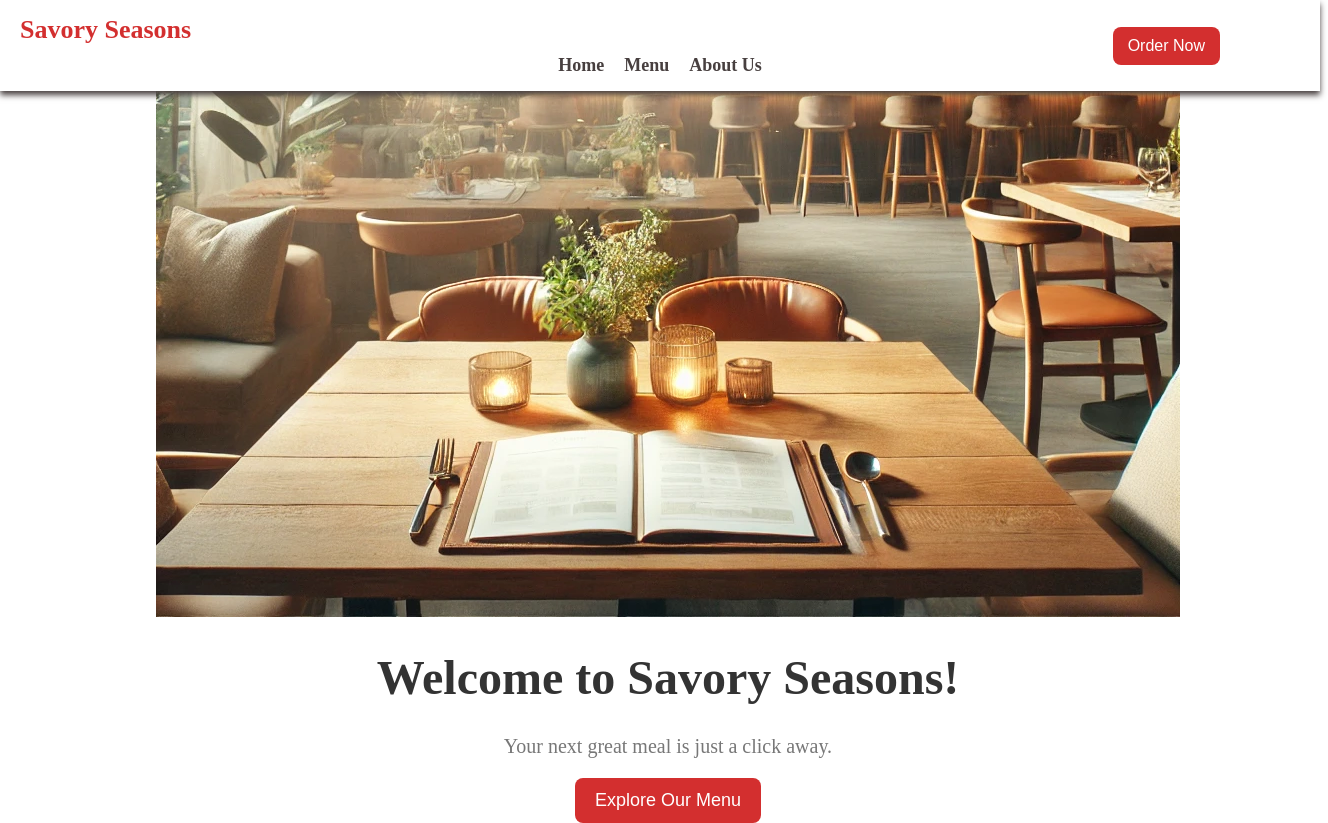
Repository: KalebMalone/Resturant
Page: / (app in my-app/)
The author's editor kept a copy of each file at every save. The page is drawn from the files as they stood at one save, then again after the next save.
The browser window is 1280 px wide. The page is 1328 px wide, so the pictures cover 1328 px, including what lies to the right of the window. The pictures show the whole page.
The project was rebuilt for these pictures with package versions that can differ from the ones it lists, and the page was loaded fresh each time. Also part of the build but not shown: my-app/vite.config.js, my-app/src/index.css, my-app/src/components/Menu.jsx, my-app/src/pages/AboutUs.jsx, my-app/src/components/OrderPage.jsx.

Above is the page before, as saved 2025-03-16 17:52:08.

### my-app/src/App.jsx
// src/App.js
import React from 'react';
import { BrowserRouter as Router, Routes, Route } from 'react-router-dom';
import NavBar from './components/NavBar';
import Home from './pages/Home';
import Menu from './components/Menu';
import AboutUs from './pages/AboutUs';
import OrderPage from './components/OrderPage';

function App() {
  return (
    <Router>
      <NavBar />
      <Routes>
        <Route path="/" element={<Home />} />
        <Route path="/menu" element={<Menu />} />
        <Route path="/about" element={<AboutUs />} />
        <Route path="/order" element={<OrderPage />} />
      </Routes>
    </Router>
  );
}

export default App;

### my-app/src/components/NavBar.jsx
import { Link, useNavigate } from "react-router-dom";
import styled from "styled-components";

// Styling for the Header (Navbar container)
const Header = styled.header`
  position: fixed;
  top: 0;
  left: 0;
  width: 100%;
  background-color: rgb(255, 255, 255);
  padding: 15px 20px;
  box-shadow: 0 4px 6px rgb(71, 63, 63);
  z-index: 1000;
`;

// Title of the Navbar, clickable to navigate to Home
const Title = styled.h1`
  font-size: 26px;
  font-weight: bold;
  color: #d32f2f;
  margin: 0;
  padding: 0;
  cursor: pointer;
  &:hover {
    color:rgb(71, 63, 63);
  }
`;

// Navigation container for the links
const Navigation = styled.nav`
  display: flex;
  gap: 20px;
  justify-content: center;
  margin-top: 10px;
`;

// Styling for individual navigation links
const StyledNavLink = styled(Link)`
  text-decoration: none;
  color:rgb(71, 63, 63);
  font-weight: bold;
  font-size: 18px;
  &:hover {
    color:rgb(71, 63, 63);
  }
`;

// Styling for the Order Now button
const OrderButton = styled.button`
  background: #d32f2f;
  color: white;
  border: none;
  padding: 10px 15px;
  border-radius: 8px;
  cursor: pointer;
  font-size: 16px;
  position: absolute;
  right: 100px;
  top: 50%;
  transform: translateY(-50%);
  &:hover {
    background: #b71c1c;
  }
`;

function NavBar() {
    const navigate = useNavigate();  // Hook to programmatically navigate

    const handleOrderNow = () => {
        navigate("/order");  // Navigates to the OrderPage
    };

    return (
        <Header>
            <Link to="/" style={{ textDecoration: 'none' }}>
                <Title>Savory Seasons</Title>
            </Link>
            <Navigation>
                <StyledNavLink to="/">Home</StyledNavLink>
                <StyledNavLink to="/menu">Menu</StyledNavLink>
                <StyledNavLink to="/about">About Us</StyledNavLink>
            </Navigation>

            {/* Order Now Button */}
            <OrderButton onClick={handleOrderNow}>Order Now</OrderButton>
        </Header>
    );
}

export default NavBar;

### my-app/src/pages/Home.jsx
import React from 'react';
import { useNavigate } from 'react-router-dom';
import styled from 'styled-components';

const Container = styled.div`
  background-color: #fff;
  display: flex;
  flex-direction: column;
  align-items: center;
  justify-content: center;
  height: 50vh;
  width: 100vw;
  text-align: center;
  padding: 20px;
  margin: 0;
`;

const Heading = styled.h1`
  font-size: 48px;
  color: #333;
  margin-bottom: 10px;
`;

const SubHeading = styled.p`
  font-size: 20px;
  color: #777;
  margin-bottom: 20px;
`;

const Button = styled.button`
  background-color: #d32f2f;
  color: white;
  font-size: 18px;
  padding: 12px 20px;
  border: none;
  border-radius: 8px;
  cursor: pointer;
  &:hover {
    background-color: #b71c1c;
  }
`;

const Image = styled.img`
  width: 100%;
  max-width: 500px;
  border-radius: 10px;
  margin-bottom: 20px;
`;

function Home() {
    const navigate = useNavigate(); // Initialize the navigation hook

    const goToMenu = () => {
        navigate("/menu"); // Navigate to the menu page when button is clicked
    };

    return (
        <Container>
            <img alt="Restaurant" src="/images/restaurant.jpg" />
            <Heading>Welcome to Savory Seasons!</Heading>
            <SubHeading>Your next great meal is just a click away.</SubHeading>
            <Button onClick={goToMenu}>Explore Our Menu</Button>
        </Container>
    );
}

export default Home;

Loaded but not shown: my-app/index.html (common file); my-app/src/main.jsx (common file)

After the next save:
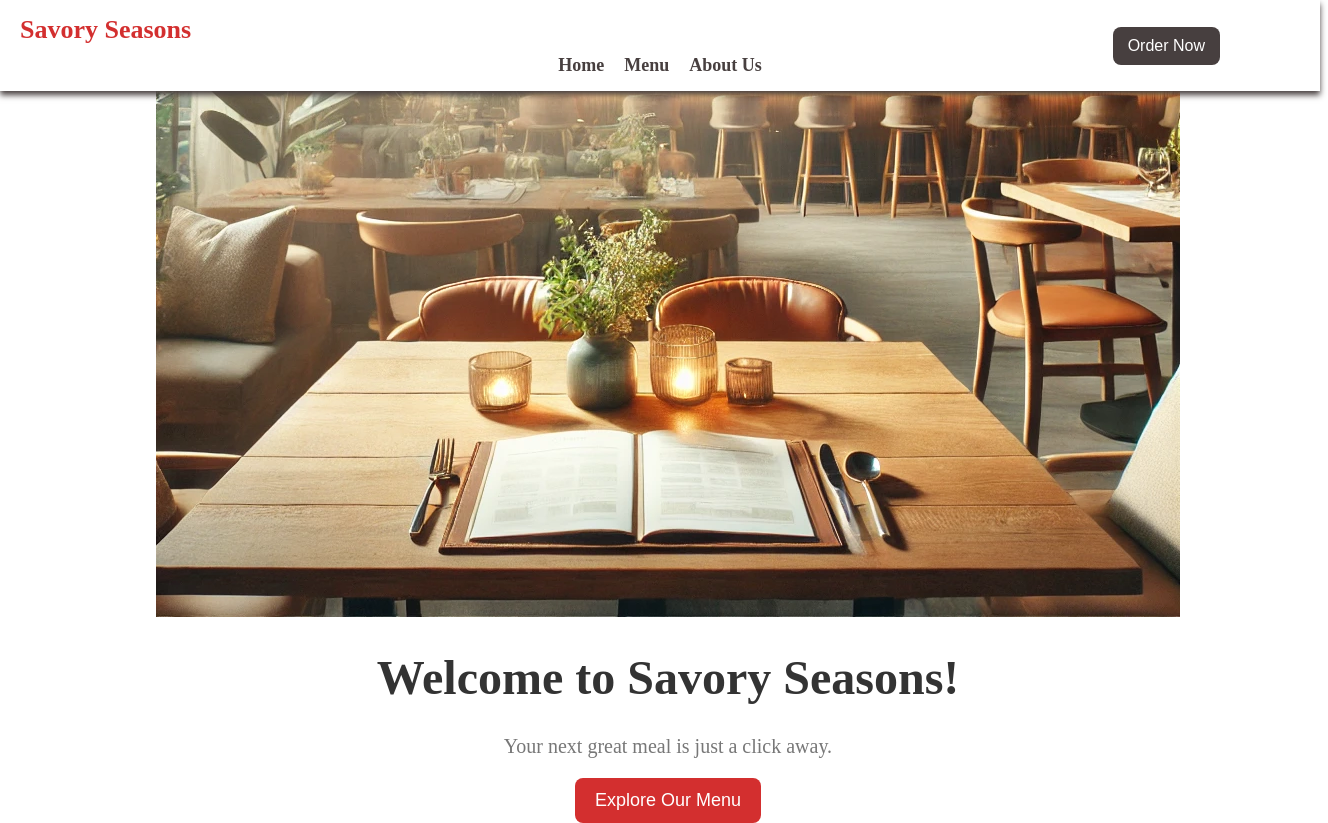
Saved 7 s later.
--- a/my-app/src/components/NavBar.jsx
+++ b/my-app/src/components/NavBar.jsx
@@ -47,7 +47,7 @@ const StyledNavLink = styled(Link)`
 
 // Styling for the Order Now button
 const OrderButton = styled.button`
-  background: #d32f2f;
+  background:rgb(71, 63, 63);
   color: white;
   border: none;
   padding: 10px 15px;
